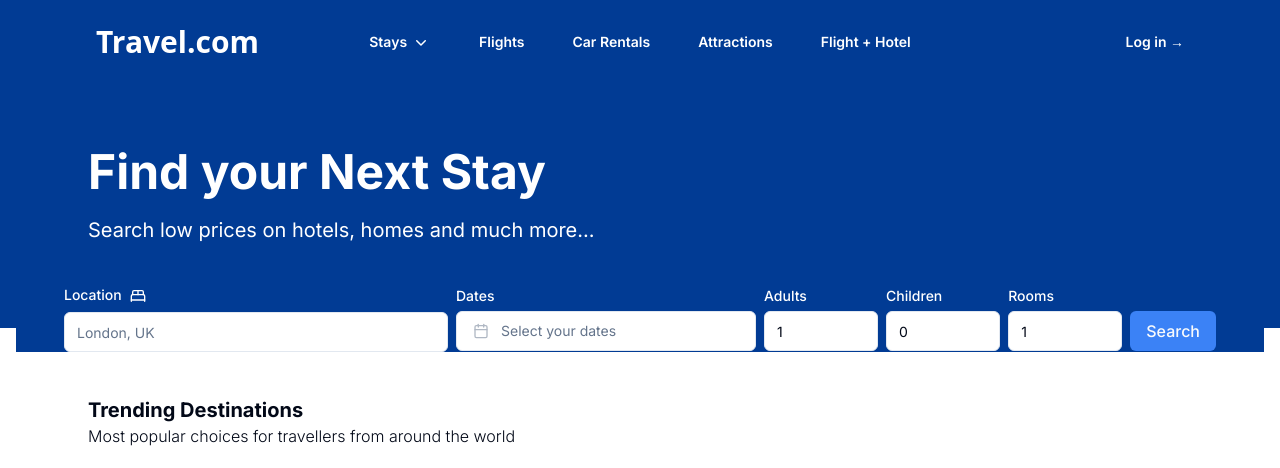
Repository: Qu4ntumGuy/booking
Page: /
These files come from the project's save history. The page is drawn as it stood at one moment and after the next save; the edit follows.
The browser window is 1280 px wide. The pictures show the part of the page from y = 0 to 468 px (the page is 920 px tall before and 992 px after).
Pictures or frames that could not be fetched are drawn as grey boxes. The project was rebuilt for these pictures with package versions that can differ from the ones it lists, and the page was loaded fresh each time. The framework's server and built-in components were replaced by stand-ins that run in the browser. Also part of the build but not shown: next.config.mjs, components/ui/calendar.tsx.

Above is the page before, as saved 2024-07-03 15:53:17.

### app/layout.tsx
import type { Metadata } from "next";
import { Inter } from "next/font/google";
import "./globals.css";
import Header from "@/components/Header";

const inter = Inter({ subsets: ["latin"] });

export const metadata: Metadata = {
  title: "Travel-App",
  description: "Generated by create next app",
};

export default function RootLayout({
  children,
}: Readonly<{
  children: React.ReactNode;
}>) {
  return (
    <html lang="en">
      <body className={inter.className}>
      <Header />

        {children}</body>
    </html>
  );
}

### app/page.tsx
import Image from "next/image";
import { trending_data } from "@/data/trending";
import SearchForm from "@/components/SearchForm";

export default function Home() {
  return (
    <main className="">
      <section className="bg-[#013B94]">
        <div className="max-w-6xl mx-auto py-16 p-6">
          <h2 className="font-bold text-5xl text-white">Find your Next Stay</h2>
          <h3 className="text-white py-5 text-xl">
            Search low prices on hotels, homes and much more...
          </h3>
        </div>
      </section>

      <section className="m-4 bg-[#013B94] mb-0 -mt-10 px-2 lg:px-4">
        <SearchForm />
      </section>
      <section className="mx-auto mb-10 max-w-6xl p-6 bg-white rounded-t-lg">
        <div className="pt-5">
          <h3 className="text-xl font-bold">Trending Destinations</h3>
          <p className="font-light">
            Most popular choices for travellers from around the world
          </p>
        </div>

        <div className="flex space-x-4 py-5 overflow-x-scroll">
          {trending_data.map((item) => (
            <div key={item.id} className="space-y-1 shrink-0 cursor-pointer">
              <img
                key={item.id}
                className="w-80 h-72 object-cover rounded-lg pb-2"
                src={item.src}
                alt=""
              />

              <p className="font-bold">{item.title}</p>
              <p className="">{item.location}</p>
              <p className="font-light text-sm">{item.description}</p>
            </div>
          ))}
        </div>
      </section>
    </main>
  );
}

### data/trending.ts
export const trending_data = [
    {
      id: 1,
      src: "https://r-xx.bstatic.com/xdata/images/city/526x420/977220.jpg?k=ee4b7b42c35b8cbf09c8ddb7630092b40cd706fec153c41904ed6e252a883938&o=",
      title: "Dubai",
      location: "United Arab Emirates",
      description: "15 Deals",
    },
    {
      id: 2,
      src: "https://cf.bstatic.com/xdata/images/xphoto/540x405/288594543.webp?k=7a96a2b4190146f63068bd0604a916c0c885c4899a527e24a9b39487d4ae50b8&o=",
      title: "South Korea",
      location: "Asia",
      description: "32 Deals",
    },
    {
      id: 3,
      src: "https://cf.bstatic.com/xdata/images/xphoto/540x405/289320924.webp?k=99a00f2907495aaeb6396695c053e3d8b95fb05619b10e76c89fb1f7d1fec427&o=",
      title: "London",
      location: "United Kingdom",
      description: "45 Deals",
    },
    {
      id: 4,
      src: "https://cf.bstatic.com/xdata/images/xphoto/540x405/290483794.webp?k=916f7bac0ccdb08efcb269ad29cc10816ab66cd1671359066d23d32fb17b5c39&o=",
      title: "Singapore",
      location: "Asia",
      description: "88 Deals",
    },
    {
      id: 5,
      src: "https://cf.bstatic.com/xdata/images/xphoto/540x405/173724501.webp?k=5e8a2353c6cd4efef3c5f992ea36d65598c52f2662d45cedc460d1a6a759109f&o=",
      title: "New York City",
      location: "United States of America",
      description: "92 Deals",
    },
  ];

### components/SearchForm.tsx
"use client";
import { useRouter } from "next/navigation";
import { useForm } from "react-hook-form";
import { zodResolver } from "@hookform/resolvers/zod";
import * as z from "zod";
import { Button } from "@/components/ui/button";
import { BedDoubleIcon, CalendarIcon } from "lucide-react";
import { Popover, PopoverContent, PopoverTrigger } from "./ui/popover";
import { format } from "date-fns";
import {
  Form,
  FormControl,
  FormDescription,
  FormField,
  FormItem,
  FormLabel,
  FormMessage,
} from "@/components/ui/form";
import { Input } from "@/components/ui/input";
import { Calendar } from "./ui/calendar";
import { cn } from "@/lib/utils";

export const formSchema = z.object({
  location: z.string().min(2).max(50),
  dates: z.object({
    from: z.date(),
    to: z.date(),
  }),
  adults: z
    .string()
    .min(1, {
      message: "Please select at least 1 adult",
    })
    .max(12, { message: "Max 12 adults Occupancy" }),
  children: z.string().min(0).max(12, {
    message: "Max 12 children Occupancy",
  }),
  rooms: z.string().min(1, {
    message: "Please select at least 1 room",
  }),
});

function SearchForm() {
  const router = useRouter();
  const form = useForm<z.infer<typeof formSchema>>({
    resolver: zodResolver(formSchema),
    defaultValues: {
      location: "",
      dates: {
        from: undefined,
        to: undefined,
      },
      adults: "1",
      children: "0",
      rooms: "1",
    },
  });

  function onSubmit(data: z.infer<typeof formSchema>) {
    console.log(data);
  }

  return (
    <Form {...form}>
      <form
        onSubmit={form.handleSubmit(onSubmit)}
        className="flex flex-col lg:flex-row lg:max-w-6xl lg:mx-auto items-center justify-center space-x-0 lg:space-x-2 space-y-4 lg:space-y-0 rounded-lg"
      >
        <div className="grid w-full lg:max-w-sm items-center gap-1.5">
          <FormField
            control={form.control}
            name="location"
            render={({ field }) => (
              <FormItem>
                <FormLabel className="text-white flex">
                  Location
                  <BedDoubleIcon className="ml-2 h-4 w-4 text-white" />
                </FormLabel>
                <FormMessage />

                <FormControl>
                  <Input placeholder="London, UK" {...field} />
                </FormControl>
              </FormItem>
            )}
          />
        </div>

        <div className="grid w-full lg:max-w-sm flex-1 items-center gap-1.5">
          <FormField
            control={form.control}
            name="dates"
            render={({ field }) => (
              <FormItem className="flex flex-col">
                <FormLabel className="text-white">Dates</FormLabel>
                <FormMessage />

                <Popover>
                  <PopoverTrigger asChild>
                    <FormControl>
                      <Button
                        id="date"
                        name="dates"
                        variant={"outline"}
                        className={cn(
                          "w-full lg:w-[300px] justify-start text-left font-normal",
                          !field.value.from && "text-muted-foreground"
                        )}
                      >
                        <CalendarIcon className="mr-3 h-4 w-4 opacity-50" />
                        {field.value?.from ? (
                          field.value?.to ? (
                            <>
                              {format(field.value?.from, "LLL dd, y")} -{" "}
                              {format(field.value?.to, "LLL dd, y")}
                            </>
                          ) : (
                            format(field.value?.from, "LLL dd, y")
                          )
                        ) : (
                          <span>Select your dates</span>
                        )}
                      </Button>
                    </FormControl>
                  </PopoverTrigger>
                  <PopoverContent className="w-auto p-0" align="start">
                    <Calendar
                      initialFocus
                      mode="range"
                      selected={field.value}
                      defaultMonth={field.value.from}
                      onSelect={field.onChange}
                      numberOfMonths={2}
                      disabled={(date) =>
                        date < new Date(new Date().setHours(0, 0, 0, 0))
                      }
                    />
                  </PopoverContent>
                </Popover>
              </FormItem>
            )}
          />
        </div>
        <div className="flex w-full items-center space-x-2">
          <div className="grid items-center flex-1">
            <FormField
              control={form.control}
              name="adults"
              render={({ field }) => (
                <FormItem className="flex flex-col">
                  <FormLabel className="text-white">Adults</FormLabel>
                  <FormMessage />
                  <FormControl>
                    <Input type="number" placeholder="Adults" {...field} />
                  </FormControl>
                </FormItem>
              )}
            />
          </div>

          <div className="grid items-center flex-1">
            <FormField
              control={form.control}
              name="children"
              render={({ field }) => (
                <FormItem className="flex flex-col">
                  <FormLabel className="text-white">Children</FormLabel>
                  <FormMessage />
                  <FormControl>
                    <Input type="number" placeholder="Children" {...field} />
                  </FormControl>
                </FormItem>
              )}
            />
          </div>

          <div className="grid items-center flex-1">
            <FormField
              control={form.control}
              name="rooms"
              render={({ field }) => (
                <FormItem className="flex flex-col">
                  <FormLabel className="text-white">Rooms</FormLabel>
                  <FormMessage />
                  <FormControl>
                    <Input type="number" placeholder="rooms" {...field} />
                  </FormControl>
                </FormItem>
              )}
            />
          </div>

          <div className="mt-auto">
            <Button type="submit" className="bg-blue-500 text-base">
              Search
            </Button>
          </div>
        </div>
      </form>
    </Form>
  );
}

export default SearchForm;

### components/ui/button.tsx
import * as React from "react"
import { Slot } from "@radix-ui/react-slot"
import { cva, type VariantProps } from "class-variance-authority"

import { cn } from "@/lib/utils"

const buttonVariants = cva(
  "inline-flex items-center justify-center whitespace-nowrap rounded-md text-sm font-medium ring-offset-background transition-colors focus-visible:outline-none focus-visible:ring-2 focus-visible:ring-ring focus-visible:ring-offset-2 disabled:pointer-events-none disabled:opacity-50",
  {
    variants: {
      variant: {
        default: "bg-primary text-primary-foreground hover:bg-primary/90",
        destructive:
          "bg-destructive text-destructive-foreground hover:bg-destructive/90",
        outline:
          "border border-input bg-background hover:bg-accent hover:text-accent-foreground",
        secondary:
          "bg-secondary text-secondary-foreground hover:bg-secondary/80",
        ghost: "hover:bg-accent hover:text-accent-foreground",
        link: "text-primary underline-offset-4 hover:underline",
      },
      size: {
        default: "h-10 px-4 py-2",
        sm: "h-9 rounded-md px-3",
        lg: "h-11 rounded-md px-8",
        icon: "h-10 w-10",
      },
    },
    defaultVariants: {
      variant: "default",
      size: "default",
    },
  }
)

export interface ButtonProps
  extends React.ButtonHTMLAttributes<HTMLButtonElement>,
    VariantProps<typeof buttonVariants> {
  asChild?: boolean
}

const Button = React.forwardRef<HTMLButtonElement, ButtonProps>(
  ({ className, variant, size, asChild = false, ...props }, ref) => {
    const Comp = asChild ? Slot : "button"
    return (
      <Comp
        className={cn(buttonVariants({ variant, size, className }))}
        ref={ref}
        {...props}
      />
    )
  }
)
Button.displayName = "Button"

export { Button, buttonVariants }

### components/ui/popover.tsx
"use client"

import * as React from "react"
import * as PopoverPrimitive from "@radix-ui/react-popover"

import { cn } from "@/lib/utils"

const Popover = PopoverPrimitive.Root

const PopoverTrigger = PopoverPrimitive.Trigger

const PopoverContent = React.forwardRef<
  React.ElementRef<typeof PopoverPrimitive.Content>,
  React.ComponentPropsWithoutRef<typeof PopoverPrimitive.Content>
>(({ className, align = "center", sideOffset = 4, ...props }, ref) => (
  <PopoverPrimitive.Portal>
    <PopoverPrimitive.Content
      ref={ref}
      align={align}
      sideOffset={sideOffset}
      className={cn(
        "z-50 w-72 rounded-md border bg-popover p-4 text-popover-foreground shadow-md outline-none data-[state=open]:animate-in data-[state=closed]:animate-out data-[state=closed]:fade-out-0 data-[state=open]:fade-in-0 data-[state=closed]:zoom-out-95 data-[state=open]:zoom-in-95 data-[side=bottom]:slide-in-from-top-2 data-[side=left]:slide-in-from-right-2 data-[side=right]:slide-in-from-left-2 data-[side=top]:slide-in-from-bottom-2",
        className
      )}
      {...props}
    />
  </PopoverPrimitive.Portal>
))
PopoverContent.displayName = PopoverPrimitive.Content.displayName

export { Popover, PopoverTrigger, PopoverContent }

### components/ui/form.tsx
import * as React from "react"
import * as LabelPrimitive from "@radix-ui/react-label"
import { Slot } from "@radix-ui/react-slot"
import {
  Controller,
  ControllerProps,
  FieldPath,
  FieldValues,
  FormProvider,
  useFormContext,
} from "react-hook-form"

import { cn } from "@/lib/utils"
import { Label } from "@/components/ui/label"

const Form = FormProvider

type FormFieldContextValue<
  TFieldValues extends FieldValues = FieldValues,
  TName extends FieldPath<TFieldValues> = FieldPath<TFieldValues>
> = {
  name: TName
}

const FormFieldContext = React.createContext<FormFieldContextValue>(
  {} as FormFieldContextValue
)

const FormField = <
  TFieldValues extends FieldValues = FieldValues,
  TName extends FieldPath<TFieldValues> = FieldPath<TFieldValues>
>({
  ...props
}: ControllerProps<TFieldValues, TName>) => {
  return (
    <FormFieldContext.Provider value={{ name: props.name }}>
      <Controller {...props} />
    </FormFieldContext.Provider>
  )
}

const useFormField = () => {
  const fieldContext = React.useContext(FormFieldContext)
  const itemContext = React.useContext(FormItemContext)
  const { getFieldState, formState } = useFormContext()

  const fieldState = getFieldState(fieldContext.name, formState)

  if (!fieldContext) {
    throw new Error("useFormField should be used within <FormField>")
  }

  const { id } = itemContext

  return {
    id,
    name: fieldContext.name,
    formItemId: `${id}-form-item`,
    formDescriptionId: `${id}-form-item-description`,
    formMessageId: `${id}-form-item-message`,
    ...fieldState,
  }
}

type FormItemContextValue = {
  id: string
}

const FormItemContext = React.createContext<FormItemContextValue>(
  {} as FormItemContextValue
)

const FormItem = React.forwardRef<
  HTMLDivElement,
  React.HTMLAttributes<HTMLDivElement>
>(({ className, ...props }, ref) => {
  const id = React.useId()

  return (
    <FormItemContext.Provider value={{ id }}>
      <div ref={ref} className={cn("space-y-2", className)} {...props} />
    </FormItemContext.Provider>
  )
})
FormItem.displayName = "FormItem"

const FormLabel = React.forwardRef<
  React.ElementRef<typeof LabelPrimitive.Root>,
  React.ComponentPropsWithoutRef<typeof LabelPrimitive.Root>
>(({ className, ...props }, ref) => {
  const { error, formItemId } = useFormField()

  return (
    <Label
      ref={ref}
      className={cn(error && "text-destructive", className)}
      htmlFor={formItemId}
      {...props}
    />
  )
})
FormLabel.displayName = "FormLabel"

const FormControl = React.forwardRef<
  React.ElementRef<typeof Slot>,
  React.ComponentPropsWithoutRef<typeof Slot>
>(({ ...props }, ref) => {
  const { error, formItemId, formDescriptionId, formMessageId } = useFormField()

  return (
    <Slot
      ref={ref}
      id={formItemId}
      aria-describedby={
        !error
          ? `${formDescriptionId}`
          : `${formDescriptionId} ${formMessageId}`
      }
      aria-invalid={!!error}
      {...props}
    />
  )
})
FormControl.displayName = "FormControl"

const FormDescription = React.forwardRef<
  HTMLParagraphElement,
  React.HTMLAttributes<HTMLParagraphElement>
>(({ className, ...props }, ref) => {
  const { formDescriptionId } = useFormField()

  return (
    <p
      ref={ref}
      id={formDescriptionId}
      className={cn("text-sm text-muted-foreground", className)}
      {...props}
    />
  )
})
FormDescription.displayName = "FormDescription"

const FormMessage = React.forwardRef<
  HTMLParagraphElement,
  React.HTMLAttributes<HTMLParagraphElement>
>(({ className, children, ...props }, ref) => {
  const { error, formMessageId } = useFormField()
  const body = error ? String(error?.message) : children

  if (!body) {
    return null
  }

  return (
    <p
      ref={ref}
      id={formMessageId}
      className={cn("text-sm font-medium text-destructive", className)}
      {...props}
    >
      {body}
    </p>
  )
})
FormMessage.displayName = "FormMessage"

export {
  useFormField,
  Form,
  FormItem,
  FormLabel,
  FormControl,
  FormDescription,
  FormMessage,
  FormField,
}

### components/ui/input.tsx
import * as React from "react"

import { cn } from "@/lib/utils"

export interface InputProps
  extends React.InputHTMLAttributes<HTMLInputElement> {}

const Input = React.forwardRef<HTMLInputElement, InputProps>(
  ({ className, type, ...props }, ref) => {
    return (
      <input
        type={type}
        className={cn(
          "flex h-10 w-full rounded-md border border-input bg-background px-3 py-2 text-sm ring-offset-background file:border-0 file:bg-transparent file:text-sm file:font-medium placeholder:text-muted-foreground focus-visible:outline-none focus-visible:ring-2 focus-visible:ring-ring focus-visible:ring-offset-2 disabled:cursor-not-allowed disabled:opacity-50",
          className
        )}
        ref={ref}
        {...props}
      />
    )
  }
)
Input.displayName = "Input"

export { Input }

### components/ui/label.tsx
"use client"

import * as React from "react"
import * as LabelPrimitive from "@radix-ui/react-label"
import { cva, type VariantProps } from "class-variance-authority"

import { cn } from "@/lib/utils"

const labelVariants = cva(
  "text-sm font-medium leading-none peer-disabled:cursor-not-allowed peer-disabled:opacity-70"
)

const Label = React.forwardRef<
  React.ElementRef<typeof LabelPrimitive.Root>,
  React.ComponentPropsWithoutRef<typeof LabelPrimitive.Root> &
    VariantProps<typeof labelVariants>
>(({ className, ...props }, ref) => (
  <LabelPrimitive.Root
    ref={ref}
    className={cn(labelVariants(), className)}
    {...props}
  />
))
Label.displayName = LabelPrimitive.Root.displayName

export { Label }

Loaded but not shown: app/globals.css (common file); lib/utils.ts (common file); tailwind.config.ts (common file); components/Header.tsx (267 lines, source omitted)

After the next save:
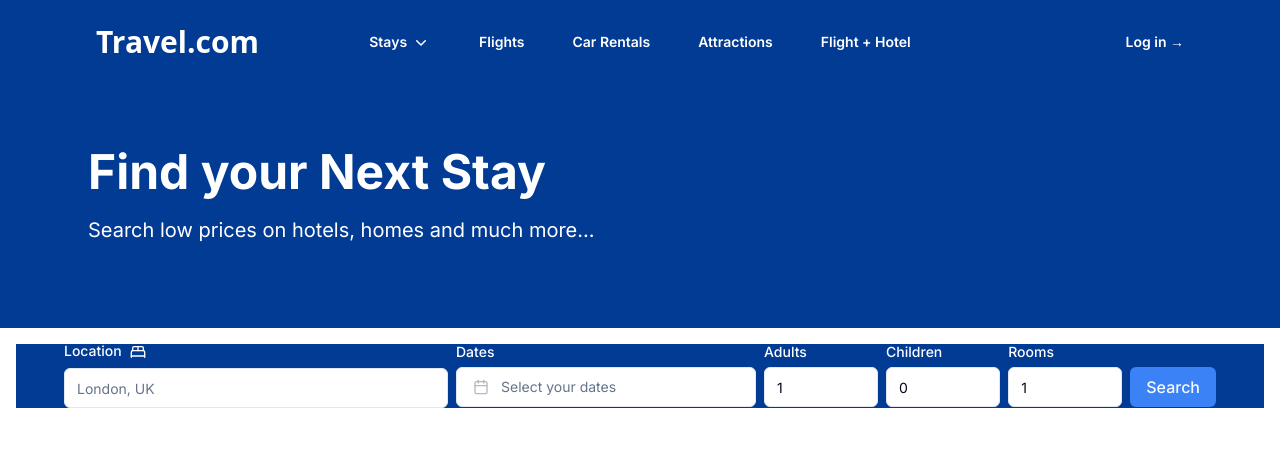
Saved 31 s later.
--- a/app/page.tsx
+++ b/app/page.tsx
@@ -14,7 +14,7 @@ export default function Home() {
         </div>
       </section>
 
-      <section className="m-4 bg-[#013B94] mb-0 -mt-10 px-2 lg:px-4">
+      <section className="md:m-4 bg-[#013B94] mb-0 -mt-10 px-2 lg:px-4">
         <SearchForm />
       </section>
       <section className="mx-auto mb-10 max-w-6xl p-6 bg-white rounded-t-lg">
